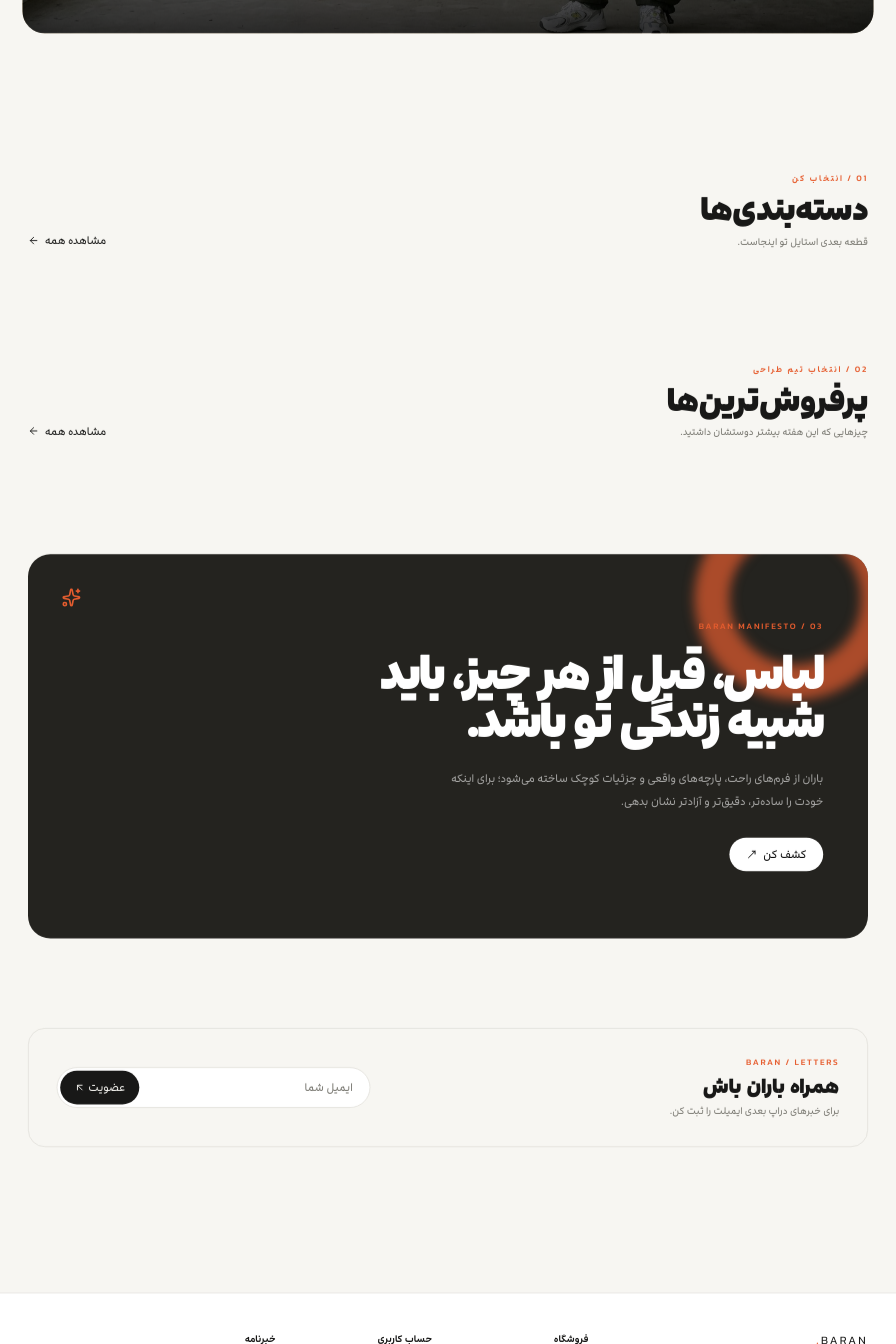
Repository: bardiya185/Clothing_store
Page: / (app in clothing-store/update/clothing-store/frontend/)
An editor plug-in stored every save of this project. The page is shown before and after the next save, followed by the edit.
The browser window is 1280 px wide. The pictures show the part of the page from y = 661 to 2581 px (the page is 2824 px tall before and 2864 px after), at 70% of full size.
The page's requests for data from a server got no answer. The project was rebuilt for these pictures with package versions that can differ from the ones it lists, and the page was loaded fresh each time. The framework's server and built-in components were replaced by stand-ins that run in the browser. No one was signed in, and anything a server would have sent is missing. Also part of the build but not shown: clothing-store/update/clothing-store/frontend/next.config.ts, clothing-store/update/clothing-store/frontend/components/catalog/ProductCard.tsx.

Above is the page before, as saved 2026-10-02 16:28:56.

### clothing-store/update/clothing-store/frontend/app/layout.tsx
import type { Metadata } from "next";
import { Suspense } from "react";
import Providers from "./providers";
import "./globals.css";
//import "@neshan-maps-platform/mapbox-gl/dist/NeshanMapboxGl.css";
import Header from "@/components/header/Header";
import Footer from "@/components/footer/Footer";
import Preloader from "@/components/ui/Preloader";

export const metadata: Metadata = {
  title: "Baran — لباس برای زندگی واقعی",
  description:
    "فروشگاه آنلاین استریت‌ویر باران؛ طراحی‌شده در ایران برای هر جای دنیا.",
};

export default function RootLayout({
  children,
}: Readonly<{ children: React.ReactNode }>) {
  return (
    <html lang="fa" dir="rtl" suppressHydrationWarning>
      <body className="min-h-full bg-background text-foreground antialiased">
        <Preloader />
        <Providers>
          <Suspense
            fallback={<div className="h-[76px] border-b border-border/70" />}
          >
            <Header />
          </Suspense>
          <main className="min-h-[70vh]">{children}</main>
          <Suspense fallback={null}>
            <Footer />
          </Suspense>
        </Providers>
      </body>
    </html>
  );
}

### clothing-store/update/clothing-store/frontend/app/template.tsx
"use client";
import { motion } from "framer-motion";

export default function Template({ children }: { children: React.ReactNode }) {
  return (
    <motion.div
      initial={{ opacity: 0 }}
      animate={{ opacity: 1 }}
      transition={{ duration: 0.3, ease: "easeOut" }}
    >
      {children}
    </motion.div>
  );
}

### clothing-store/update/clothing-store/frontend/app/page.tsx
"use client";

import Image from "next/image";
import Link from "next/link";
import {
  ArrowLeft,
  ArrowUpLeft,
  Loader2,
  MoveUpRight,
  Sparkles,
} from "lucide-react";
import { useLocale } from "@/hooks/useLocale";
import { useCatalogCategories, useCatalogProducts } from "@/hooks/useCatalog";
import ProductCard from "@/components/catalog/ProductCard";
import CampaignBlocks from "@/components/home/CampaignBlocks";

export default function HomePage() {
  const { locale, t } = useLocale();
  const { data: categories = [], isLoading: categoriesLoading } =
    useCatalogCategories(locale);
  const { data: featuredPage, isLoading: productsLoading } = useCatalogProducts(
    { locale, featured: true, sort: "featured" },
  );
  const featured = featuredPage?.pages[0]?.data ?? [];

  return (
    <div className="animate-page-entry">
      <section className="mx-auto max-w-[1440px] px-4 pt-4 md:px-8 md:pt-8">
        <div className="relative min-h-[680px] overflow-hidden rounded-[2rem] bg-[#c7b8a4] md:min-h-[calc(100vh-120px)]">
          <Image
            src="/Images/hero.jpg"
            alt="Baran Fall collection"
            fill
            priority
            sizes="100vw"
            className="object-cover object-center"
          />
          <div className="absolute inset-0 bg-gradient-to-t from-black/80 via-black/15 to-black/10" />
          <div className="absolute inset-x-0 bottom-0 flex flex-col justify-between gap-12 p-7 text-white md:flex-row md:items-end md:p-14">
            <div className="max-w-2xl">
              <div className="mb-6 flex items-center gap-3 text-xs font-bold tracking-[.18em] text-white/80">
                <span className="h-2 w-2 rounded-full bg-accent" />
                {t.home.eyebrow}
              </div>
              <h1 className="display-heading text-balance text-6xl font-black md:text-8xl lg:text-[9.5rem]">
                {t.home.titleA}
                <br />
                <span className="text-[#ff8a61]">{t.home.titleB}</span>
              </h1>
              <p className="mt-7 max-w-lg text-sm leading-7 text-white/75 md:text-base">
                {t.home.description}
              </p>
              <div className="mt-8 flex flex-wrap gap-3">
                <Link
                  href="/shop"
                  className="inline-flex items-center gap-3 rounded-full bg-white px-6 py-3.5 text-sm font-bold text-black transition hover:bg-accent hover:text-white"
                >
                  {t.actions.shopNow}
                  <ArrowLeft size={17} />
                </Link>
                <Link
                  href="/about"
                  className="inline-flex items-center gap-3 rounded-full border border-white/40 px-6 py-3.5 text-sm font-bold text-white backdrop-blur transition hover:bg-white hover:text-black"
                >
                  {t.actions.explore}
                  <MoveUpRight size={16} />
                </Link>
              </div>
            </div>
            <div className="grid grid-cols-3 gap-5 border-t border-white/25 pt-5 text-center md:min-w-[330px] md:border-t-0 md:border-s md:pt-0 md:ps-7">
              <div>
                <strong className="block text-2xl font-black">+۱۲۰</strong>
                <span className="text-xs text-white/60">{t.home.models}</span>
              </div>
              <div>
                <strong className="block text-2xl font-black">۴.۹</strong>
                <span className="text-xs text-white/60">
                  {locale === "fa" ? "امتیاز کاربران" : "User rating"}
                </span>
              </div>
              <div>
                <strong className="block text-2xl font-black">۲۴س</strong>
                <span className="text-xs text-white/60">{t.home.shipping}</span>
              </div>
            </div>
          </div>
        </div>
      </section>
      <br />
      <br />
      <br />
      <CampaignBlocks />
      <section className="mx-auto max-w-[1440px] mt px-5 py-24 md:px-10 md:py-32">
        <div className="mb-9 flex items-end justify-between gap-5">
          <div>
            <p className="mb-3 text-xs font-bold uppercase tracking-[.2em] text-accent">
              01 / {locale === "fa" ? "انتخاب کن" : "Choose your lane"}
            </p>
            <h2 className="text-4xl font-black tracking-tight md:text-5xl">
              {t.home.categories}
            </h2>
            <p className="mt-3 text-sm text-muted-foreground">
              {t.home.categoryHint}
            </p>
          </div>
          <Link
            href="/shop"
            className="hidden items-center gap-2 text-sm font-bold transition hover:text-accent sm:flex"
          >
            {t.actions.viewAll}
            <ArrowLeft size={16} />
          </Link>
        </div>
        {categoriesLoading ? (
          <div className="flex h-64 items-center justify-center">
            <Loader2 className="animate-spin text-accent" />
          </div>
        ) : (
          <div className="grid grid-cols-2 gap-3 md:grid-cols-4 md:gap-5">
            {categories.map((category, index) => (
              <Link
                href={`/shop?category=${category.slug}`}
                key={category.slug}
                className="group relative aspect-[.8] overflow-hidden rounded-[1.5rem] bg-card"
              >
                <Image
                  src={category.image ?? "/Images/hero.jpg"}
                  alt={category.name}
                  fill
                  sizes="(max-width: 768px) 50vw, 25vw"
                  className="object-cover transition duration-700 group-hover:scale-105"
                />
                <div className="absolute inset-0 bg-gradient-to-t from-black/75 to-transparent" />
                <div className="absolute inset-x-5 bottom-5 flex items-end justify-between text-white">
                  <div>
                    <span className="mb-2 block text-xs text-white/60">
                      ۰{index + 1} / {category.products_count}{" "}
                      {locale === "fa" ? "مدل" : "styles"}
                    </span>
                    <h3 className="text-xl font-bold md:text-2xl">
                      {category.name}
                    </h3>
                  </div>
                  <span className="rounded-full border border-white/40 p-2 transition group-hover:bg-accent group-hover:text-white">
                    <ArrowUpLeft size={18} />
                  </span>
                </div>
              </Link>
            ))}
          </div>
        )}
      </section>
      <section className="mx-auto max-w-[1440px] px-5 pb-24 md:px-10 md:pb-32">
        <div className="mb-9 flex items-end justify-between gap-5">
          <div>
            <p className="mb-3 text-xs font-bold uppercase tracking-[.2em] text-accent">
              02 / {t.home.bestsellers}
            </p>
            <h2 className="text-4xl font-black tracking-tight md:text-5xl">
              {t.home.featured}
            </h2>
            <p className="mt-3 text-sm text-muted-foreground">
              {t.home.featuredHint}
            </p>
          </div>
          <Link
            href="/shop"
            className="hidden items-center gap-2 text-sm font-bold transition hover:text-accent sm:flex"
          >
            {t.actions.viewAll}
            <ArrowLeft size={16} />
          </Link>
        </div>
        {productsLoading ? (
          <div className="flex h-64 items-center justify-center">
            <Loader2 className="animate-spin text-accent" />
          </div>
        ) : (
          <div className="grid grid-cols-2 gap-x-4 gap-y-10 md:grid-cols-3 md:gap-7">
            {featured.map((product, index) => (
              <ProductCard
                key={product.id}
                product={product}
                priority={index === 0}
              />
            ))}
          </div>
        )}
      </section>
      <section className="mx-auto max-w-[1440px] px-5 pb-24 md:px-10 md:pb-32">
        <div className="relative overflow-hidden rounded-[2rem] bg-[#24231f] px-7 py-16 text-white md:px-16 md:py-24">
          <div className="absolute -right-10 -top-20 h-72 w-72 rounded-full border-[50px] border-accent/70 blur-sm" />
          <Sparkles className="absolute left-12 top-12 text-accent" size={28} />
          <div className="relative max-w-3xl">
            <p className="mb-6 text-xs font-bold uppercase tracking-[.2em] text-accent">
              03 / BARAN MANIFESTO
            </p>
            <h2 className="display-heading text-5xl font-black md:text-7xl">
              {t.home.manifesto}
            </h2>
            <p className="mt-8 max-w-xl text-sm leading-8 text-white/60 md:text-base">
              {t.home.manifestoHint}
            </p>
            <Link
              href="/about"
              className="mt-9 inline-flex items-center gap-2 rounded-full bg-white px-6 py-3 text-sm font-bold text-black transition hover:bg-accent hover:text-white"
            >
              {t.actions.explore}
              <MoveUpRight size={16} />
            </Link>
          </div>
        </div>
      </section>
      <section className="mx-auto max-w-[1440px] px-5 pb-28 md:px-10">
        <div className="flex flex-col justify-between gap-6 rounded-[1.5rem] border border-border p-7 md:flex-row md:items-center md:p-10">
          <div>
            <p className="mb-2 text-xs font-bold uppercase tracking-[.2em] text-accent">
              BARAN / LETTERS
            </p>
            <h2 className="text-3xl font-black">{t.home.join}</h2>
            <p className="mt-2 text-sm text-muted-foreground">
              {t.home.joinHint}
            </p>
          </div>
          <form
            className="flex w-full max-w-md rounded-full border border-border bg-card p-1"
            onSubmit={(event) => event.preventDefault()}
          >
            <input
              type="email"
              required
              placeholder={locale === "fa" ? "ایمیل شما" : "Your email"}
              className="min-w-0 flex-1 bg-transparent px-5 text-sm outline-none placeholder:text-muted-foreground"
            />
            <button className="flex shrink-0 items-center gap-1 rounded-full bg-foreground px-5 py-3 text-sm font-bold text-background transition hover:bg-accent hover:text-white">
              {locale === "fa" ? "عضویت" : "Join"}
              <ArrowUpLeft size={16} />
            </button>
          </form>
        </div>
      </section>
    </div>
  );
}

### clothing-store/update/clothing-store/frontend/app/providers.tsx
"use client";

import { QueryClient, QueryClientProvider } from "@tanstack/react-query";
import { ThemeProvider, useTheme } from "next-themes";
import { useState } from "react";
import { Toaster } from "sonner";
import {
  CheckCircle2,
  XCircle,
  Info,
  AlertTriangle,
  Loader2,
} from "lucide-react";
import { LocaleProvider } from "@/contexts/LocaleProvider";
import { CartProvider } from "@/contexts/CartProvider";

function ThemedToaster() {
  const { resolvedTheme } = useTheme();
  return (
    <Toaster
      position="top-right"
      theme={resolvedTheme === "dark" ? "dark" : "light"}
      icons={{
        success: <CheckCircle2 className="h-5 w-5 text-emerald-500" />,
        error: <XCircle className="h-5 w-5 text-rose-500" />,
        loading: <Loader2 className="h-5 w-5 animate-spin text-blue-500" />,
        info: <Info className="h-5 w-5 text-sky-500" />,
        warning: <AlertTriangle className="h-5 w-5 text-amber-500" />,
      }}
      toastOptions={{
        duration: 3500,
        classNames: {
          toast: "!border-border !bg-card !text-card-foreground",
          title: "!text-card-foreground",
          description: "!text-muted-foreground",
        },
        style: { direction: "rtl", gap: "15px" },
      }}
    />
  );
}

export default function Providers({ children }: { children: React.ReactNode }) {
  const [queryClient] = useState(
    () =>
      new QueryClient({
        defaultOptions: { queries: { staleTime: 1000 * 60 * 5, retry: 1 } },
      }),
  );

  return (
    <ThemeProvider attribute="class" defaultTheme="system" enableSystem>
      <LocaleProvider>
        <QueryClientProvider client={queryClient}>
          <CartProvider>
            {children}
            <ThemedToaster />
          </CartProvider>
        </QueryClientProvider>
      </LocaleProvider>
    </ThemeProvider>
  );
}

### clothing-store/update/clothing-store/frontend/app/globals.css
@import "tailwindcss";

@font-face {
  font-family: BaranSans;
  src: url('/Fonts/digikala-variable.16j_2qc1xkb87.woff2') format('woff2');
  font-display: swap;
  font-weight: 100 900;
}

@custom-variant dark (&:where(.dark, .dark *));

:root {
  --background: #f7f6f2;
  --foreground: #181817;
  --card: #ffffff;
  --card-foreground: #181817;
  --muted: #77766f;
  --border: #deddd7;
  --accent: #e65d2f;
}

.dark {
  --background: #111110;
  --foreground: #f5f4ef;
  --card: #1b1b19;
  --card-foreground: #f5f4ef;
  --muted: #a5a49c;
  --border: #30302d;
  --accent: #ff8257;
}

@theme inline {
  --color-background: var(--background);
  --color-foreground: var(--foreground);
  --color-card: var(--card);
  --color-card-foreground: var(--card-foreground);
  --color-muted-foreground: var(--muted);
  --color-border: var(--border);
  --color-accent: var(--accent);
  --font-sans: BaranSans, Arial, sans-serif;
}

* { box-sizing: border-box; }
html { scroll-behavior: smooth; }
body {
  margin: 0;
  background: var(--background);
  color: var(--foreground);
  font-family: BaranSans, Arial, sans-serif;
  transition: background-color .3s ease, color .3s ease;
}
button, a, input { font: inherit; }
button { cursor: pointer; }
::selection { background: var(--accent); color: #fff; }

@keyframes fadeIn { from { opacity: 0; transform: translateY(8px); } to { opacity: 1; transform: translateY(0); } }
.animate-page-entry { animation: fadeIn .65s ease both; }

.display-heading { letter-spacing: -.06em; line-height: .95; }
.ltr-number { direction: ltr; unicode-bidi: plaintext; }
.text-balance { text-wrap: balance; }
.no-scrollbar::-webkit-scrollbar { display: none; }
.no-scrollbar { scrollbar-width: none; }

.hero-gradient { background: linear-gradient(180deg, rgba(16,16,15,.03) 30%, rgba(16,16,15,.72) 100%); }
.dark .hero-gradient { background: linear-gradient(180deg, rgba(0,0,0,.08) 20%, rgba(0,0,0,.78) 100%); }

### clothing-store/update/clothing-store/frontend/hooks/useLocale.ts
export { useLocale } from "@/contexts/LocaleProvider";

### clothing-store/update/clothing-store/frontend/hooks/useCatalog.ts
import { useInfiniteQuery, useQuery } from "@tanstack/react-query";
import {
  getCatalogFilters,
  getCatalogProduct,
  getCatalogProducts,
  getCategories,
  type CatalogParams,
} from "@/services/catalog.service";
import type { Locale } from "@/lib/product";

export function useCatalogCategories(locale: Locale) {
  return useQuery({
    queryKey: ["catalog-categories", locale],
    queryFn: () => getCategories(locale),
    retry: 1,
  });
}

export function useCatalogFilters(locale: Locale) {
  return useQuery({
    queryKey: ["catalog-filters", locale],
    queryFn: () => getCatalogFilters(locale),
    retry: 1,
  });
}

export function useCatalogProducts(
  params: Omit<CatalogParams, "page">,
  enabled = true,
) {
  return useInfiniteQuery({
    queryKey: ["catalog-products", params],
    queryFn: ({ pageParam }) =>
      getCatalogProducts({ ...params, page: pageParam, per_page: 10 }),
    initialPageParam: 1,
    getNextPageParam: (lastPage) =>
      lastPage.meta.current_page < lastPage.meta.last_page
        ? lastPage.meta.current_page + 1
        : undefined,
    retry: 1,
    enabled,
  });
}

export function useCatalogProduct(slug: string, locale: Locale) {
  return useQuery({
    queryKey: ["catalog-product", slug, locale],
    queryFn: () => getCatalogProduct(slug, locale),
    retry: 1,
  });
}

### clothing-store/update/clothing-store/frontend/components/ui/ThemeToggle.tsx
// components/ui/ThemeToggle.tsx
"use client";
import { useTheme } from "next-themes";
import { Moon, Sun } from "lucide-react";
import { useEffect, useState } from "react";

export function ThemeToggle() {
  const { resolvedTheme, setTheme } = useTheme();
  const [mounted, setMounted] = useState(false);

  // eslint-disable-next-line react-hooks/set-state-in-effect
  useEffect(() => setMounted(true), []);

  if (!mounted) {
    return <div className="w-9 h-9" />; // placeholder
  }

  const isDark = resolvedTheme === "dark";

  return (
    <button
      onClick={() => setTheme(isDark ? "light" : "dark")}
      className="relative p-2 hover:bg-gray-200 dark:hover:bg-zinc-800 rounded-full transition cursor-pointer"
      aria-label={isDark ? "تغییر به حالت روشن" : "تغییر به حالت تیره"}
    >
      <Sun className="w-5 h-5 text-gray-700 dark:text-zinc-300 hidden dark:block" />
      <Moon className="w-5 h-5 text-gray-700 dark:text-zinc-300 block dark:hidden" />
    </button>
  );
}

### clothing-store/update/clothing-store/frontend/hooks/useCart.ts
import { useContext } from "react";
import { CartContext } from "@/contexts/CartProvider";

export function useCart() {
  const context = useContext(CartContext);
  if (!context) throw new Error("useCart must be used inside CartProvider");
  return context;
}

### clothing-store/update/clothing-store/frontend/hooks/useCampaigns.ts
import { useQuery } from "@tanstack/react-query";
import { getActiveCampaigns } from "@/services/campaign.service";
import type { Locale } from "@/lib/product";

export function useActiveCampaigns(locale: Locale) {
  return useQuery({
    queryKey: ["active-campaigns", locale],
    queryFn: () => getActiveCampaigns(locale),
    staleTime: 60_000,
    retry: 1,
  });
}

### clothing-store/update/clothing-store/frontend/lib/api-error.ts
import { isAxiosError } from "axios";

export function getApiErrorMessage(error: unknown, fallback: string) {
  if (!isAxiosError(error)) return fallback;
  const response = error.response?.data as
    | { message?: string; errors?: Record<string, string[]> }
    | undefined;
  const validationMessage = response?.errors
    ? Object.values(response.errors).flat()[0]
    : undefined;
  return response?.message ?? validationMessage ?? fallback;
}

### clothing-store/update/clothing-store/frontend/services/auth.service.ts
import { api } from "./api";

export const sendOtpToLaravel = async (phone: string) => {
  const response = await api.post("/auth/send-otp", { phone });
  return response.data;
};

export const VerifyOtpToLaravel = async (phone: string, code: string) => {
  const response = await api.post("/auth/verify-otp", { phone, code });
  return response.data;
};

export const LogOut = async () => {
  const response = await api.post("/auth/logout");
  return response.data;
};

export const UserData = async () => {
  const response = await api.get("/auth/me");
  return response.data;
};

### clothing-store/update/clothing-store/frontend/services/campaign.service.ts
import { api } from "./api";
import type { Locale } from "@/lib/product";

export type CampaignProduct = {
  id: number;
  slug: string;
  name: string;
  image?: string | null;
  price_toman: number;
  price_usd: number;
  sale_toman: number;
  sale_usd: number;
  discount_percent: number;
  rating: number;
};

export type Campaign = {
  slug: string;
  name: string;
  description?: string | null;
  discount_percent: number;
  accent_color: string;
  starts_at: string;
  ends_at: string;
  products: CampaignProduct[];
};

export async function getActiveCampaigns(locale: Locale) {
  const response = await api.get<{ data: Campaign[] }>(
    "/catalog/campaigns/active",
    { params: { locale } },
  );
  return response.data.data;
}

Loaded but not shown: clothing-store/update/clothing-store/frontend/contexts/LocaleProvider.tsx (453 lines, source omitted); clothing-store/update/clothing-store/frontend/components/header/SearchOverlay.tsx (164 lines, source omitted); clothing-store/update/clothing-store/frontend/components/header/Header.tsx (182 lines, source omitted); clothing-store/update/clothing-store/frontend/components/home/CampaignBlocks.tsx (124 lines, source omitted); clothing-store/update/clothing-store/frontend/contexts/CartProvider.tsx (140 lines, source omitted); clothing-store/update/clothing-store/frontend/components/footer/Footer.tsx (103 lines, source omitted); clothing-store/update/clothing-store/frontend/hooks/useAccount.ts (147 lines, source omitted); clothing-store/update/clothing-store/frontend/services/cart.service.ts (151 lines, source omitted); clothing-store/update/clothing-store/frontend/components/ui/Preloader.tsx (116 lines, source omitted); clothing-store/update/clothing-store/frontend/services/api.ts (114 lines, source omitted); clothing-store/update/clothing-store/frontend/services/catalog.service.ts (113 lines, source omitted); clothing-store/update/clothing-store/frontend/services/account.service.ts (116 lines, source omitted); clothing-store/update/clothing-store/frontend/lib/product.ts (92 lines, source omitted)

After the next save:
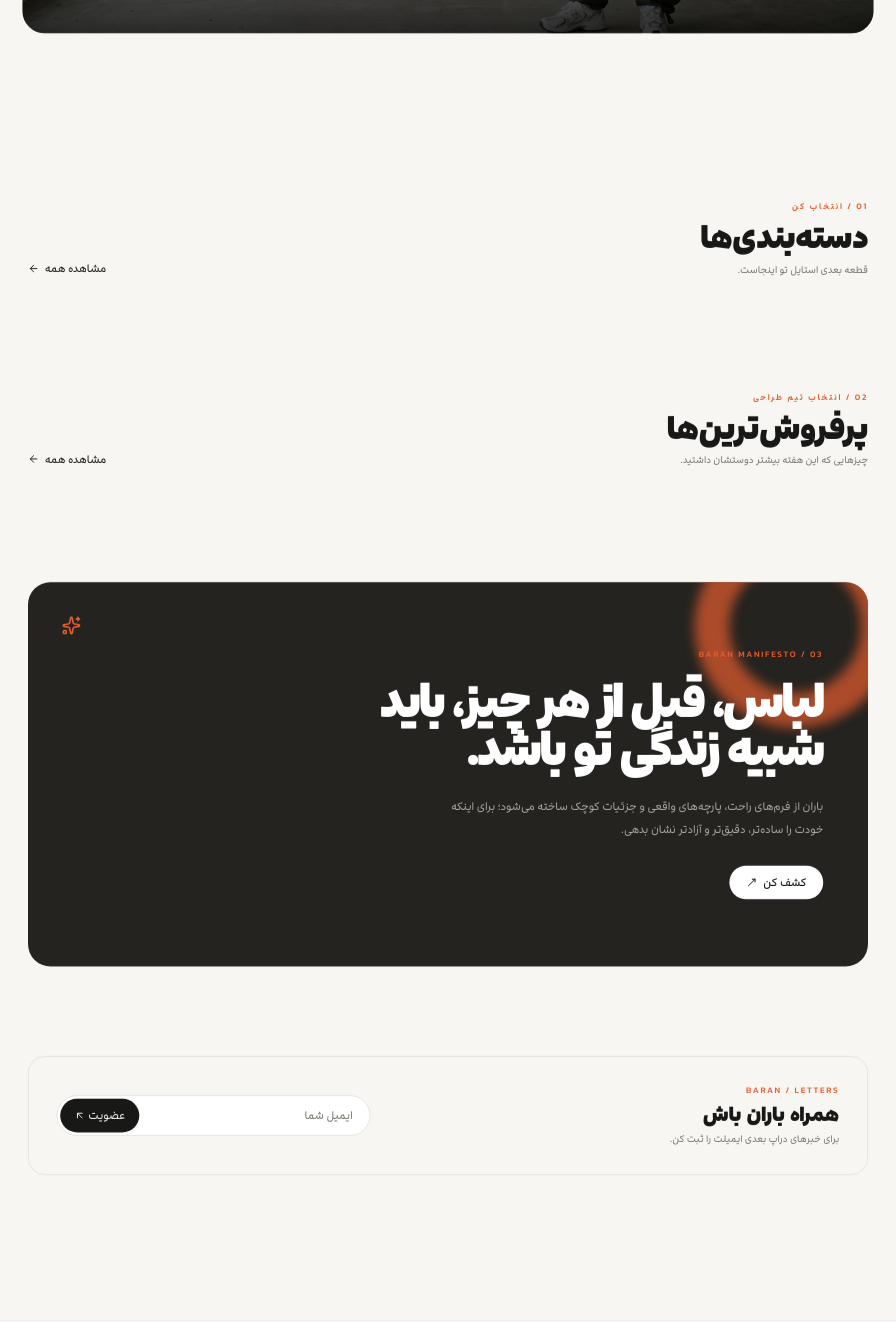
Saved 9 s later.
--- a/clothing-store/update/clothing-store/frontend/app/page.tsx
+++ b/clothing-store/update/clothing-store/frontend/app/page.tsx
@@ -90,7 +90,7 @@ export default function HomePage() {
       <br />
       <br />
       <CampaignBlocks />
-      <section className="mx-auto max-w-[1440px] mt px-5 py-24 md:px-10 md:py-32">
+      <section className="mx-auto max-w-[1440px] mt-10 px-5 py-24 md:px-10 md:py-32">
         <div className="mb-9 flex items-end justify-between gap-5">
           <div>
             <p className="mb-3 text-xs font-bold uppercase tracking-[.2em] text-accent">
